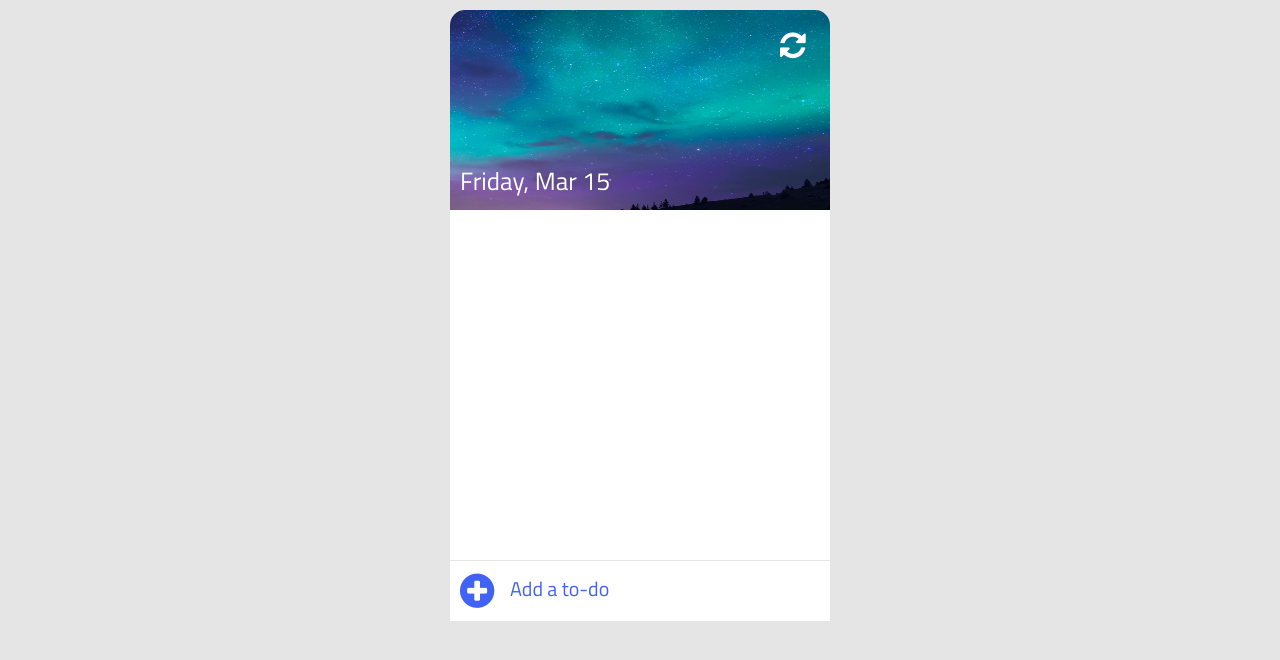
Repository: Khalidwebmail/to-do-list
Page: index.html
An editor plug-in stored every save of this project. The page is shown before and after a run of saves, followed by the edit.
The browser window is 1280 px wide. The pictures show the whole page.

Above is the page before, as saved 2020-01-21 20:35:47.
Console error: TypeError: Failed to execute 'insertAdjacentElement' on 'Element': parameter 2 is not of type 'Element'.

### index.html
<!-- CODE EXPLAINED CHANNEL -->
<!DOCTYPE html>
<html lang="en">
<head>
    <meta charset="UTF-8">
    <title>JavaScript - To Do List</title>
    <link rel="stylesheet" href="https://fonts.googleapis.com/css?family=Titillium+Web">
    <link rel="stylesheet" href="css/font-awesome.css">
    <link rel="stylesheet" href="css/style.css">
</head>
<body>
    <div class="container">
        <div class="header">
            <div class="clear">
                <i class="fa fa-refresh"></i>
            </div>
            <div id="date"></div>
        </div>
        <div class="content">
            <ul id="list">
               <!--
                <li class="item">
                    <i class="fa fa-circle-thin co" job="complete" id="0"></i>
                    <p class="text">Drink Coffee</p>
                    <i class="fa fa-trash-o de" job="delete" id="0"></i>
                </li> -->
            </ul>
        </div>
        <div class="add-to-do">
            <i class="fa fa-plus-circle"></i>
            <input type="text" id="input" placeholder="Add a to-do">
        </div>
    </div>
    <script src="js/app.js"></script>
</body>
</html>

### css/style.css
/* ------------ youtube.com/CodeExplained ------------ */
body{
    padding: 0;
    margin: 0;
    background-color: rgba(0,0,0,0.1);
    font-family: 'Titillium Web', sans-serif;
}

/* ------------ container ------------ */
.container{
    padding:10px;
    width:380px;
    margin:0 auto;
}

/* ------------ header ------------ */
.header{
    width: 380px;
    height:200px;
    background-image: url('../img/bg2.jpg');
    background-size: 100% 200%;
    background-repeat: no-repeat;
    border-radius: 15px 15px 0 0;
    position: relative;
}
.clear{
    width : 30px;
    height: 30px;
    position: absolute;
    right:20px;
    top: 20px;
}
.clear i{
    font-size: 30px;
    color: #FFF;
}
.clear i:hover{
    cursor: pointer;
    text-shadow: 1px 3px 5px #000;
    transform: rotate(45deg);
}
#date{
    position: absolute;
    bottom: 10px;
    left: 10px;
    color: #FFF;
    font-size: 25px;
    font-family: 'Titillium Web', sans-serif;
}

/* ------------ content ------------ */
.content{
    width:380px;
    height: 350px;
    max-height:350px;
    background-color: #FFF;
    overflow: auto;
}
.content::-webkit-scrollbar {
    display: none;
}
.content ul{
    padding:0;
    margin:0;
}
.item{
    width:380px;
    height: 45px;
    min-height: 45px;
    position: relative;
    border-bottom: 1px solid rgba(0,0,0,0.1);
    list-style: none;
    padding: 0;
    margin: 0;
}
.item i.co{
    position: absolute;
    font-size: 25px;
    padding-left:5px;
    left:15px;
    top:10px;
}
.item i.co:hover{
    cursor: pointer;
}
.fa-check-circle{
    color:#6eb200;
}
.item p.text{
    position: absolute;
    padding:0;
    margin:0;
    font-size: 20px;
    left:50px;
    top:5px;
    background-color: #FFF;
    max-width:285px;
}
.lineThrough{
    text-decoration: line-through;
    color : #ccc;
}
.item i.de{
    position: absolute;
    font-size: 25px;
    right:15px;
    top:10px;
}
.item i.de:hover{
    color:#af0000;
    cursor: pointer;
}
/* ------------ add item ------------ */
.add-to-do{
    position: relative;
    width: 360px;
    height:40px;
    background-color: #FFF;
    padding: 10px;
    border-top: 1px solid rgba(0,0,0,0.1);
}
.add-to-do i{
    position: absolute;
    font-size: 40px;
    color: #4162f6;
}

.add-to-do input{
    position: absolute;
    left: 50px;
    height: 35px;
    width: 310px;
    background-color: transparent;
    border: none;
    font-size: 20px;
    padding-left:10px;
}
.add-to-do input::-webkit-input-placeholder { /* Chrome/Opera/Safari */
    color: #4162f6;
    font-family: 'Titillium Web', sans-serif;
    font-size: 20px;
}
.add-to-do input::-moz-placeholder { /* Firefox 19+ */
    color: #4162f6;
    font-family: 'Titillium Web', sans-serif;
    font-size: 20px;
}
.add-to-do input:-ms-input-placeholder { /* IE 10+ */
    color: #4162f6;
    font-family: 'Titillium Web', sans-serif;
    font-size: 20px;
}
.add-to-do input:-moz-placeholder { /* Firefox 18- */
    color: #4162f6;
    font-family: 'Titillium Web', sans-serif;
    font-size: 20px;
}

### js/app.js
/**
 * Select element
 */

 const clear = document.getElementById("clear");
 const dateElement = document.getElementById("date");
 const list = document.getElementById("list");
 const input = document.getElementById("input");

 /**
  * Class name
  */
 const CHECK = "fa-check-circle";
 const UNCHECK = "fa-check-thin";
 const LINE_THROUGH = "lineThrough";

 /**
  * Show todays date
  */
 const options = {weekday : "long", month : "short", day : "numeric"};
 const today = new Date();

 dateElement.innerHTML = today.toLocaleDateString("en-US", options);

 /**
  * add to do function
  */

  function addToDo(toDo) {
    const item = `
            <i class="fa fa-circle-thin co" job="complete" id="0"></i>
            <p class="text">${toDo}</p>
            <i class="fa fa-trash-o de" job="delete" id="0"></i>
        `;

        const position = "beforeend";

        list.insertAdjacentElement(position, item);
  }
  addToDo("Dink Coffee")

Loaded but not shown: css/font-awesome.css (library)

After the next 2 saves:
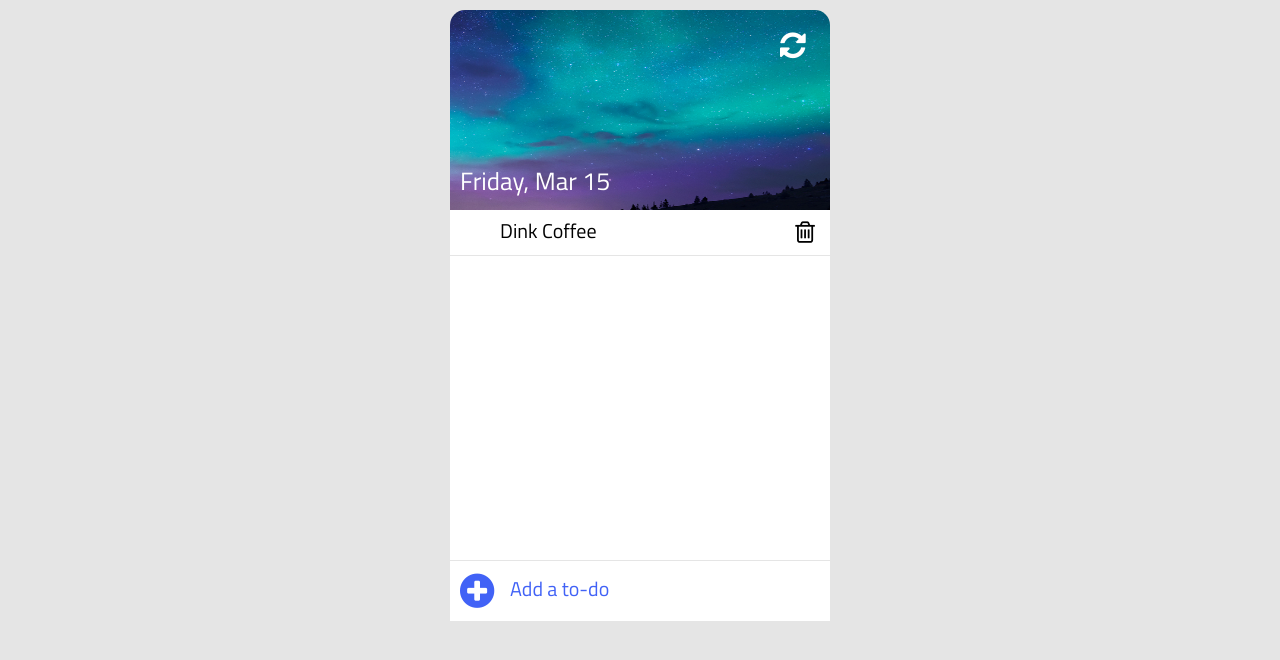
The error is gone.
The 2 saves are shown as one change because they came seconds apart.
The last was saved 109 s later.
--- a/js/app.js
+++ b/js/app.js
@@ -26,15 +26,22 @@
   * add to do function
   */
 
-  function addToDo(toDo) {
-    const item = `
-            <i class="fa fa-circle-thin co" job="complete" id="0"></i>
-            <p class="text">${toDo}</p>
-            <i class="fa fa-trash-o de" job="delete" id="0"></i>
-        `;
+ function addToDo(toDo, id, done, trash){
+
+    if(trash){ return; }
+
+    const DONE = done ? CHECK : UNCHECK;
+    const LINE = done ? LINE_THROUGH : "";
+
+    const item = `<li class="item">
+                    <i class="fa ${DONE} co" job="complete" id="${id}"></i>
+                    <p class="text ${LINE}">${toDo}</p>
+                    <i class="fa fa-trash-o de" job="delete" id="${id}"></i>
+                  </li>
+                `;
 
         const position = "beforeend";
 
-        list.insertAdjacentElement(position, item);
-  }
+        list.insertAdjacentHTML(position, item);
+    }
   addToDo("Dink Coffee")
